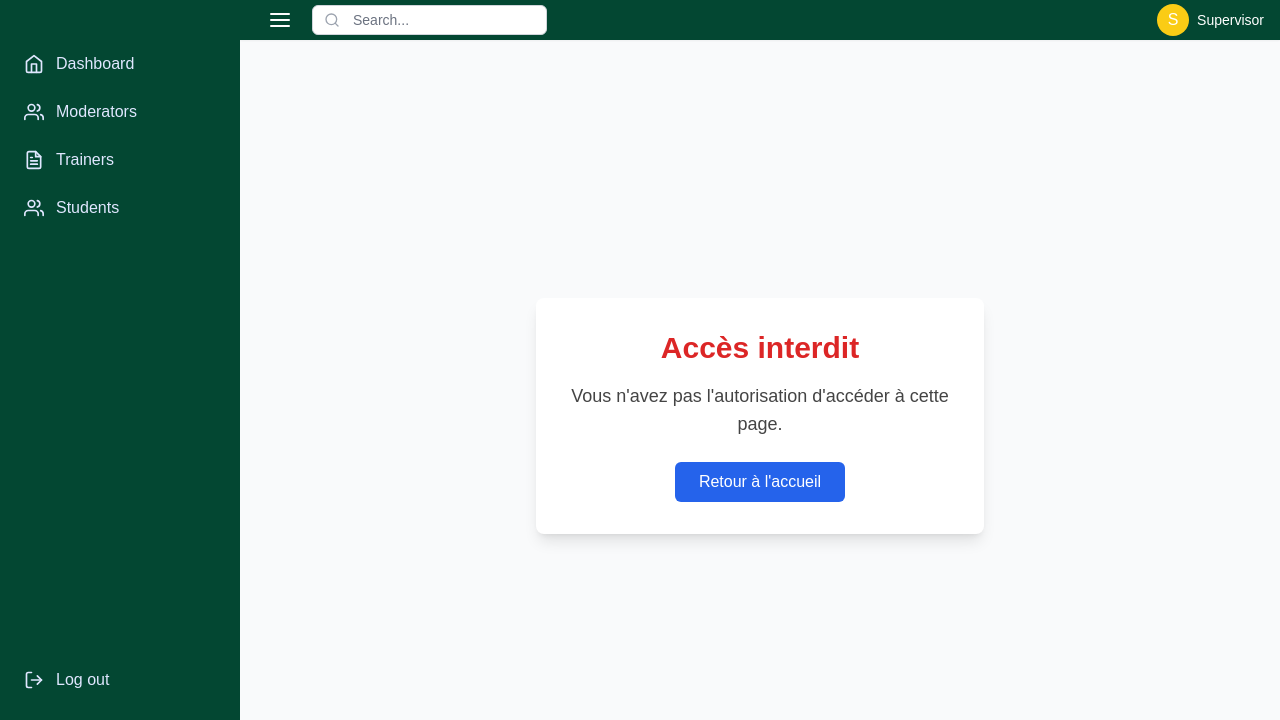
Repository: Nour7070/supervision_front
Page: /
The author's editor kept a copy of each file at every save. The page is drawn from the files as they stood at one save, then again after a run of saves.
The browser window is 1280 px wide. The pictures show the whole page.
An inner scrolling area shows only its first screen. The project was rebuilt for these pictures with package versions that can differ from the ones it lists, and the page was loaded fresh each time. Also part of the build but not shown: vite.config.js, src/pages/InscriptionDomaine.jsx, src/pages/Maps.jsx, src/pages/LibrairieVirtuelle.jsx, src/pages/Dashboard.jsx, src/pages/DashboardMod.jsx, src/pages/AddModerateur.jsx, src/styles/ModerateursListe.css and 4 more.

Above is the page before, as saved 2025-04-30 03:08:43.

After the next 2 saves:
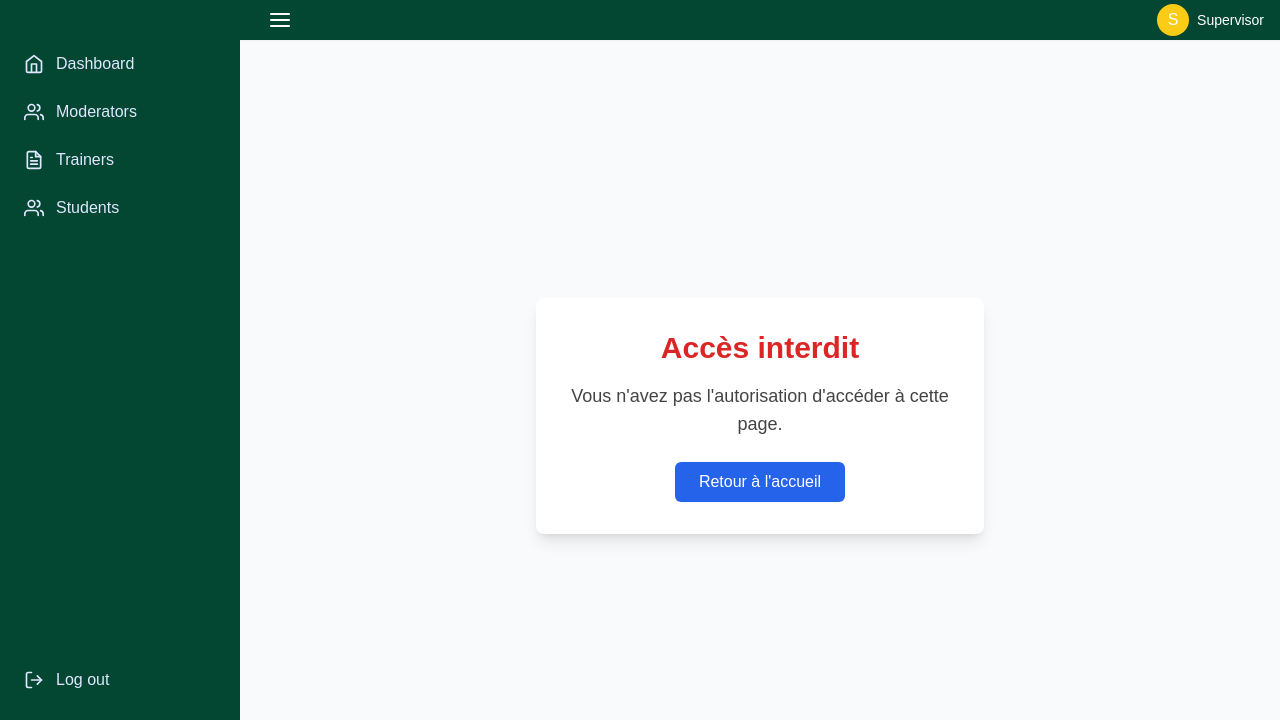
The 2 saves are shown as one change because they came seconds apart.
The last was saved 44 s later.
--- a/src/components/Layout.jsx
+++ b/src/components/Layout.jsx
@@ -235,14 +235,8 @@ const Layout = ({ onLogout }) =>
                 <FiMenu size={24} />
               </button>
               <div className="relative ml-4">
-                <div className="absolute inset-y-0 left-0 pl-3 flex items-center pointer-events-none">
-                <FiSearch className="text-gray-400" />
-                </div>
-                <input
-                  type="text"
-                  className="block w-full pl-10 pr-3 py-1 w-56 border border-gray-300 rounded-md leading-5 bg-white placeholder-gray-500 focus:outline-none focus:ring-indigo-500 focus:border-indigo-500 sm:text-sm"
-                  placeholder="Search..."
-                />
+
+
               </div>
             </div>
             <div className="flex items-center space-x-4">
